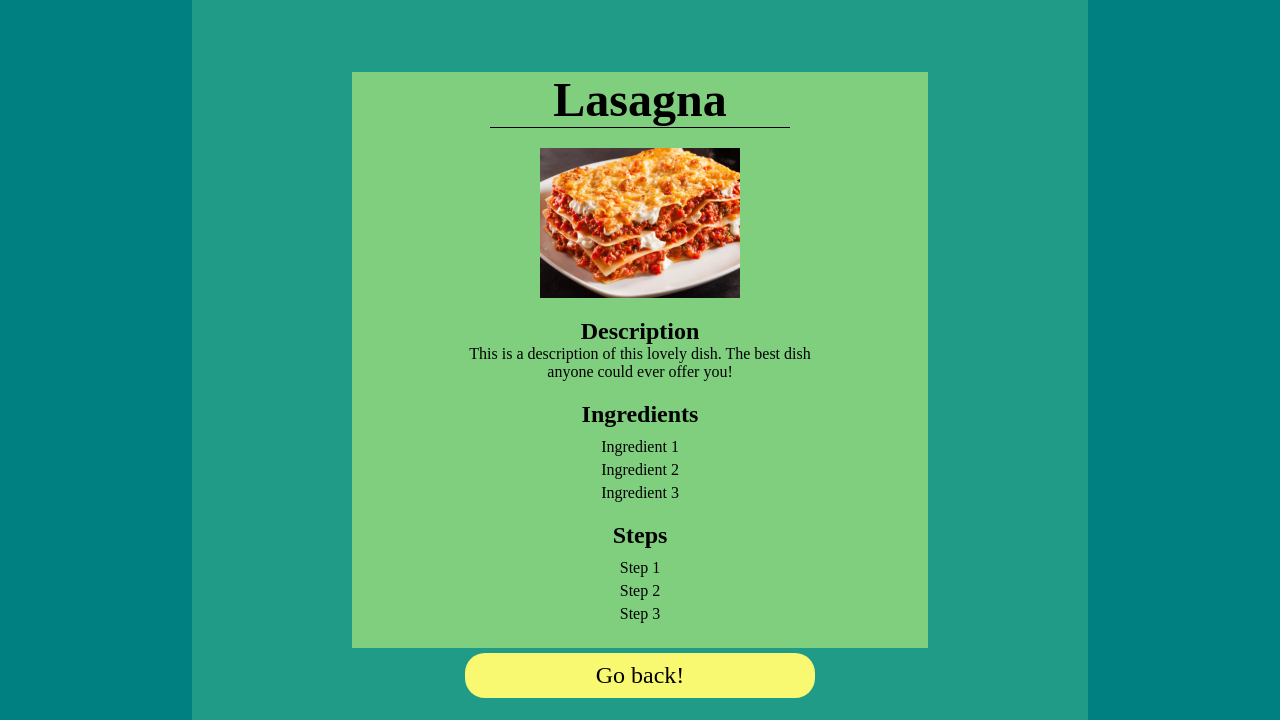
Repository: Pafestivo/odin-recipes
Page: recipes/lasagna.html
These files come from the project's save history. The page is drawn as it stood at one moment and after a run of saves; the edit follows.
The browser window is 1280 px wide. The pictures show the whole page.

Above is the page before, as saved 2022-09-24 13:02:04.

### recipes/lasagna.html
<!DOCTYPE html>
<html lang="en">
<head>
    <meta charset="UTF-8">
    <meta name="viewport" content="width=device-width, initial-scale=1.0">
    <link rel="stylesheet" href="../css/recipe-styles.css">
    <title>Recipe-Lasagna</title>
</head>
<body>
    <div class="container">
        <div class="inner">
            <h1>Lasagna</h1>
            <img
            src="../images/lasagna.jpg"
            alt="An image of Lasagna"
            />
            <h2>Description</h2>
            <p>This is a description of this lovely dish. The best dish anyone could ever offer you!</p>

            <h2>Ingredients</h2>
            <ul>
            <li>Ingredient 1</li>
            <li>Ingredient 2</li>
            <li>Ingredient 3</li>
            </ul>

            <h2>Steps</h2>
            <ol>
            <li>Step 1</li>
            <li>Step 2</li>
            <li>Step 3</li>
            </ol>
            <a href="../index.html">Go back!</a>

        </div> <!-- /inner -->
    </div> <!-- /container -->

</body>
</html>

### css/recipe-styles.css
* {
  box-sizing: border-box;
  padding: 0;
  margin: 0;
}

body {
  font-family: serif;
  background-color: #008080;
  padding: 1;
}

.container {
  background-color: #209B87;
  display: flex;
  width: 70vw;
  height: 100vh;
  padding: 1px;
  margin: 0 auto;
}

.inner {
  background-color: #80CF7F;
  width: 45vw;
  height: 80vh;
  margin: auto;
}

h1 {
  text-align: center;
  font-size: 3rem;
  margin: 0 auto 20px auto;
  border-bottom: 1px solid black;
  width: 300px;
}

img {
  display: block;
  margin: 0 auto;
  width: 200px;
  height: 150px;
}

h2 {
  text-align: center;
  font-size: 1.5rem;
  margin: 20px auto 0 auto;
}

p {
  text-align: center;
  width: 350px;
  margin: 0 auto;
}

ul,
ol {
  list-style: none;
  text-align: center;
  margin: 10px;
}

li {
  margin-bottom: 5px;
}

a {
  display: flex;
  justify-content: center;
  align-items: center;
  margin: 30px auto;
  width: 350px;
  font-size: 1.5em;
  height: 45px;
  border-radius: 20px;
  text-decoration: none;
  color: inherit;
  background-color: #F9F871;
  transition: all 0.1s ease-in;
}

After the next 4 saves:
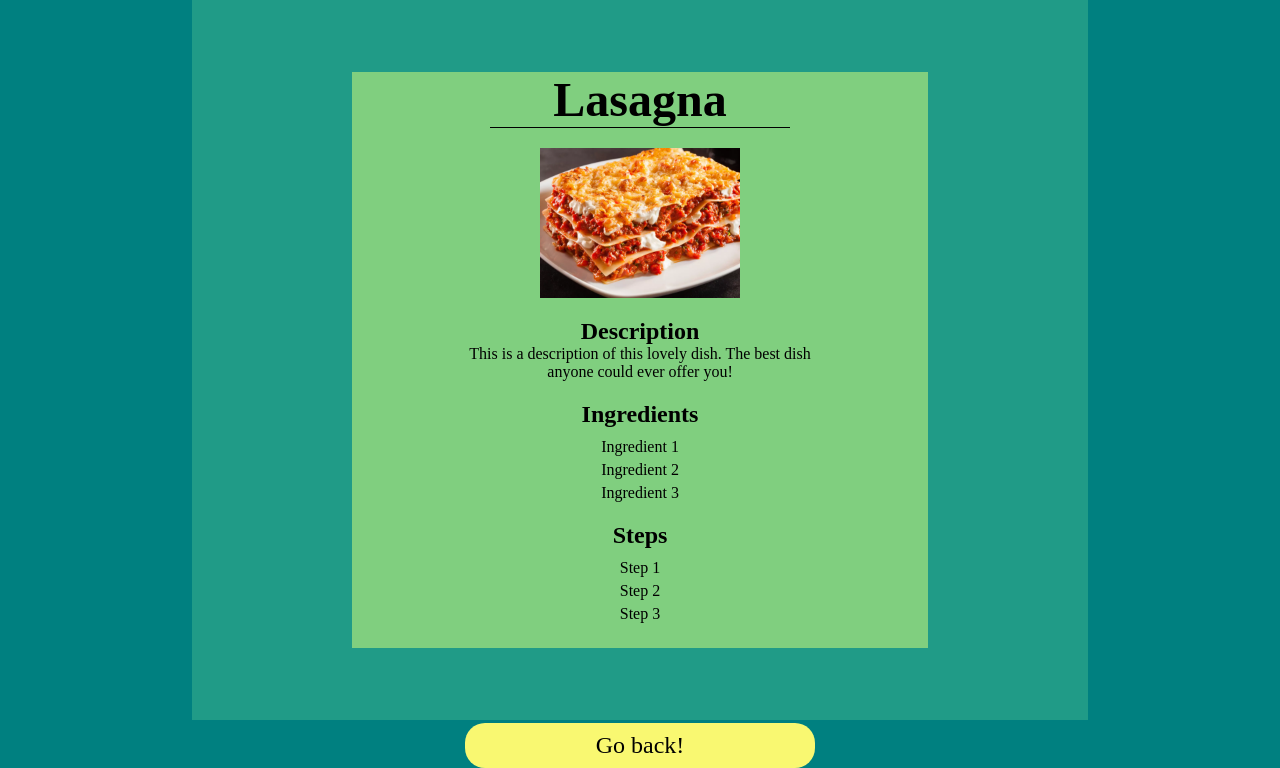
The 4 saves are shown as one change because they came seconds apart.
The last was saved 16 s later.
--- a/css/recipe-styles.css
+++ b/css/recipe-styles.css
@@ -68,7 +68,7 @@ a {
   display: flex;
   justify-content: center;
   align-items: center;
-  margin: 30px auto;
+  margin: 100px auto 0 auto;
   width: 350px;
   font-size: 1.5em;
   height: 45px;
